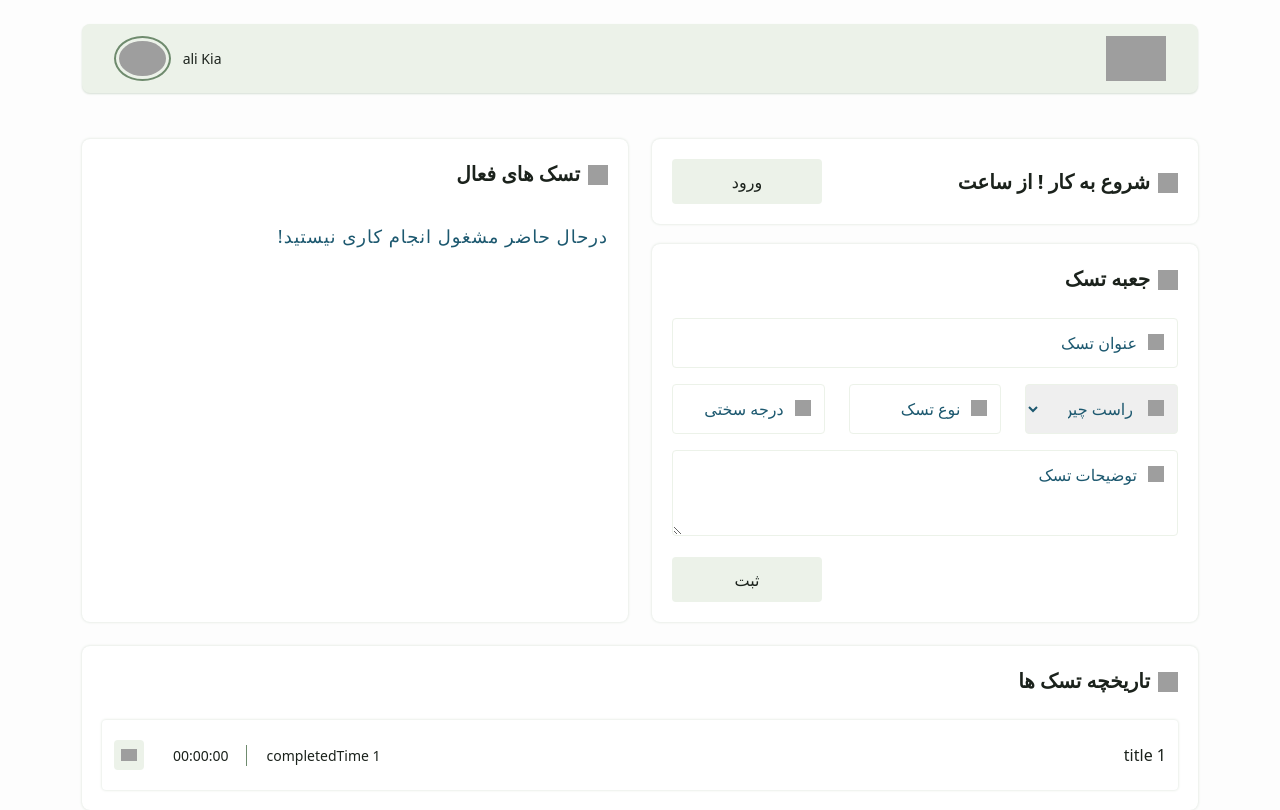
Repository: alirezvanikia/dynamic-form
Page: /
The author's editor kept a copy of each file at every save. The page is drawn from the files as they stood at one save, then again after the next save.
The browser window is 1280 px wide. The pictures show the whole page.
Pictures or frames that could not be fetched are drawn as grey boxes. The project was rebuilt for these pictures with package versions that can differ from the ones it lists, and the page was loaded fresh each time. Also part of the build but not shown: vite.config.js, src/components/taskModal.vue.

Above is the page before, as saved 2024-11-09 21:46:25.

After the next save:
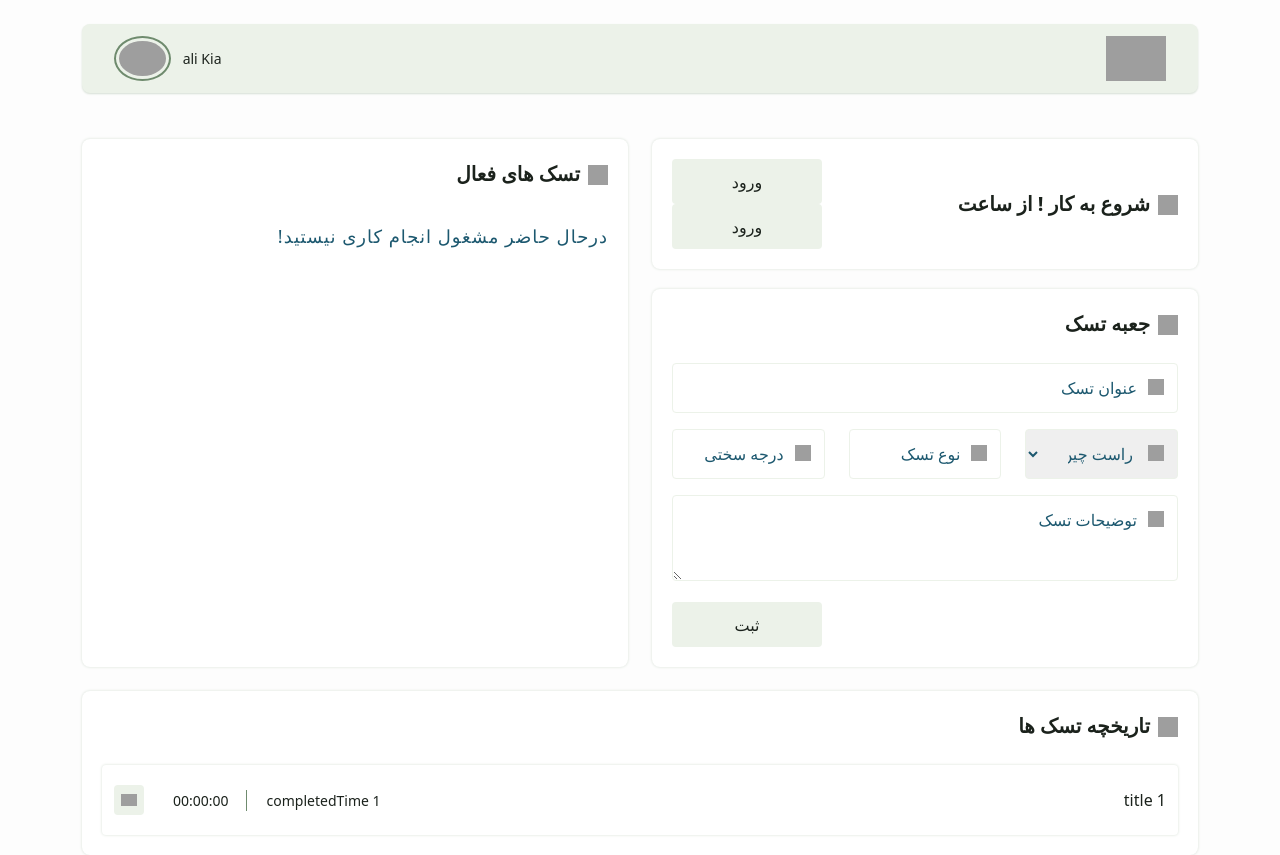
Saved 29 s later.
--- a/src/App.vue
+++ b/src/App.vue
@@ -27,6 +27,7 @@
               </div>
             </div>
             <div class="task-manager-box__attendance-btn">
+              <button @click="attendance" class="btn btn--green me-auto">ورود</button>
               <button @click="attendance" class="btn btn--green me-auto">ورود</button>
             </div>
           </div>

After the 5 saves that followed:
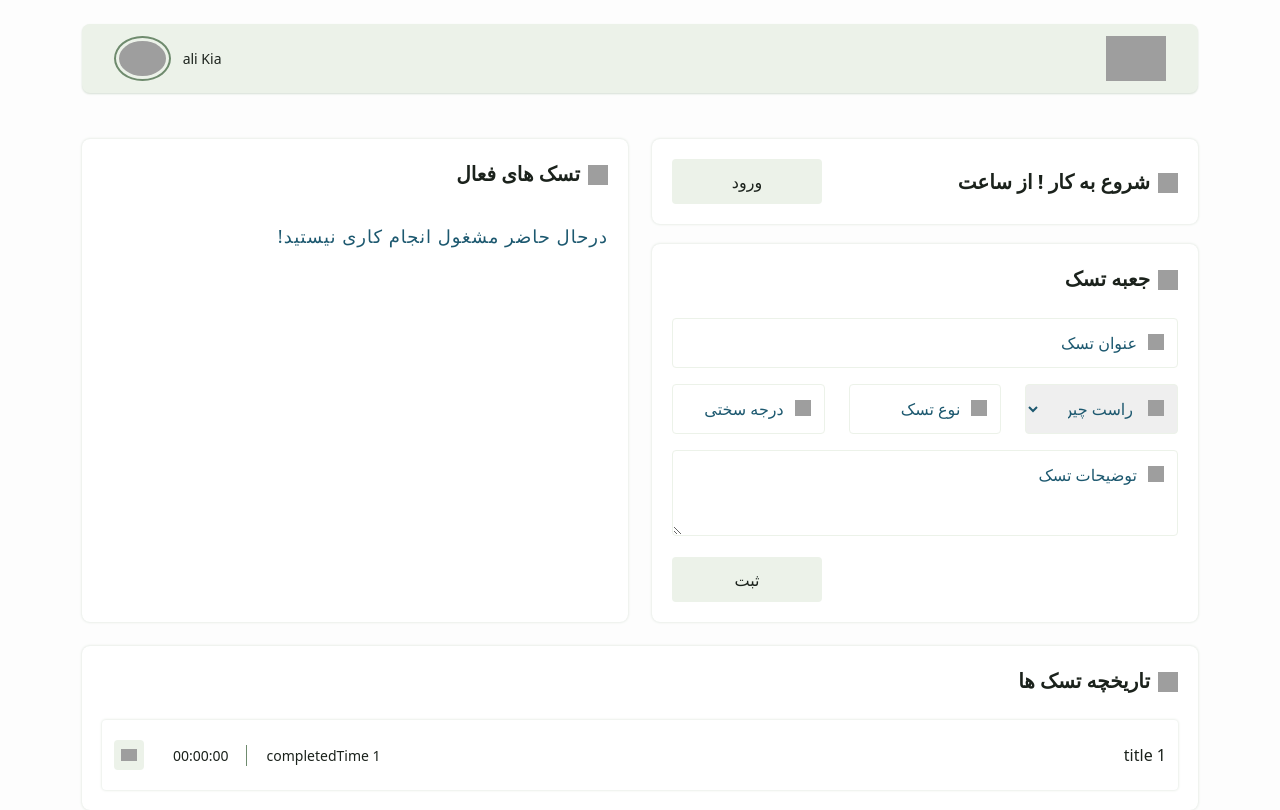
The 5 saves are shown as one change because they came seconds apart.
The last was saved 12 s later.
--- a/src/App.vue
+++ b/src/App.vue
@@ -27,7 +27,7 @@
               </div>
             </div>
             <div class="task-manager-box__attendance-btn">
-              <button @click="attendance" class="btn btn--green me-auto">ورود</button>
+              <button @click="attendance" v-if="isAttendance" class="btn btn--green me-auto">ورود</button>
               <button @click="attendance" class="btn btn--green me-auto">ورود</button>
             </div>
           </div>
